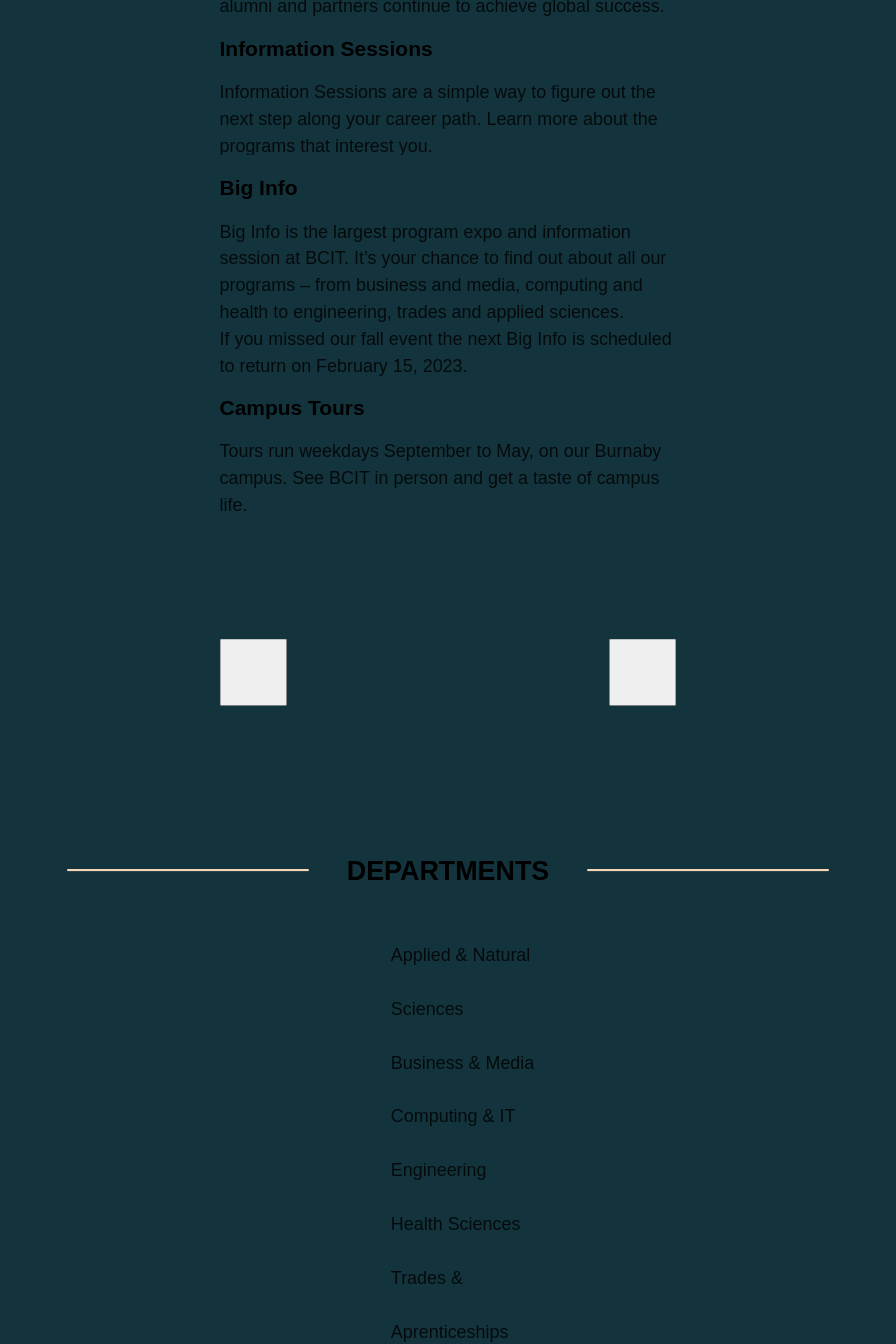
Repository: Kinakopan/playwright_bcit
Page: /about
The author's editor kept a copy of each file at every save. The page is drawn from the files as they stood at one save, then again after the next save.
The browser window is 1280 px wide. The pictures show the part of the page from y = 688 to 2608 px (the page is 2725 px tall), at 70% of full size.
Some web fonts or font styles are not loaded; a fallback is used. The project was rebuilt for these pictures with package versions that can differ from the ones it lists, and the page was loaded fresh each time. The framework's server and built-in components were replaced by stand-ins that run in the browser. Also part of the build but not shown: next.config.js.

Above is the page before, as saved 2023-01-28 13:18:54.

### pages/_app.js
// import '@/styles/globals.css'
import '../styles/globals.css'
import '../styles/variables.css'
import Head from 'next/head'

export default function App({ Component, pageProps }) {
  return (
    <>
      <Head>
        <title>Example #1</title>
        <meta name="description" content="Generated by create next app" />
        <meta name="viewport" content="width=device-width, initial-scale=1" />
        <link href="https://fonts.googleapis.com/css2?family=Myriad+Pro:wght@100;400;700&display=swap" rel="stylesheet" />
        <link rel="icon" href="/favicon.ico" />
      </Head>
      <Component {...pageProps} />
    </>
  )
}

### styles/variables.css
:root {
  --primary-color: |#fff;
  --secondary-color: #F4D6B9;
  --ternary-color: #7796A4;
  --quaternary-color: #14343D;
  --quinary-color: rgba(16,46,53,0.5);
}

### styles/Home.module.css
@import '/styles/variables.css';

.main {
  display: flex;
  flex-direction: column;
  justify-content: space-between;
  align-items: center;
  padding: 6rem;
  min-height: 100vh;
}

.description {
  display: inherit;
  justify-content: inherit;
  align-items: inherit;
  font-size: 0.85rem;
  max-width: var(--max-width);
  width: 100%;
  z-index: 2;
  font-family: var(--font-mono);
}

.description a {
  display: flex;
  justify-content: center;
  align-items: center;
  gap: 0.5rem;
}

.description p {
  position: relative;
  margin: 0;
  padding: 1rem;
  background-color: rgba(var(--callout-rgb), 0.5);
  border: 1px solid rgba(var(--callout-border-rgb), 0.3);
  border-radius: var(--border-radius);
}

.code {
  font-weight: 700;
  font-family: var(--font-mono);
}

.grid {
  display: grid;
  grid-template-columns: repeat(4, minmax(25%, auto));
  width: var(--max-width);
  max-width: 100%;
}

.card {
  padding: 1rem 1.2rem;
  border-radius: var(--border-radius);
  background: rgba(var(--card-rgb), 0);
  border: 1px solid rgba(var(--card-border-rgb), 0);
  transition: background 200ms, border 200ms;
}

.card span {
  display: inline-block;
  transition: transform 200ms;
}

.card h2 {
  font-weight: 600;
  margin-bottom: 0.7rem;
}

.card p {
  margin: 0;
  opacity: 0.6;
  font-size: 0.9rem;
  line-height: 1.5;
  max-width: 30ch;
}

.center {
  display: flex;
  justify-content: center;
  align-items: center;
  position: relative;
  padding: 4rem 0;
}

.center::before {
  background: var(--secondary-glow);
  border-radius: 50%;
  width: 480px;
  height: 360px;
  margin-left: -400px;
}

.center::after {
  background: var(--primary-glow);
  width: 240px;
  height: 180px;
  z-index: -1;
}

.center::before,
.center::after {
  content: '';
  left: 50%;
  position: absolute;
  filter: blur(45px);
  transform: translateZ(0);
}

.logo,
.thirteen {
  position: relative;
}

.thirteen {
  display: flex;
  justify-content: center;
  align-items: center;
  width: 75px;
  height: 75px;
  padding: 25px 10px;
  margin-left: 16px;
  transform: translateZ(0);
  border-radius: var(--border-radius);
  overflow: hidden;
  box-shadow: 0px 2px 8px -1px #0000001a;
}

.thirteen::before,
.thirteen::after {
  content: '';
  position: absolute;
  z-index: -1;
}

/* Conic Gradient Animation */
.thirteen::before {
  animation: 6s rotate linear infinite;
  width: 200%;
  height: 200%;
  background: var(--tile-border);
}

/* Inner Square */
.thirteen::after {
  inset: 0;
  padding: 1px;
  border-radius: var(--border-radius);
  background: linear-gradient(
    to bottom right,
    rgba(var(--tile-start-rgb), 1),
    rgba(var(--tile-end-rgb), 1)
  );
  background-clip: content-box;
}

/* Enable hover only on non-touch devices */
@media (hover: hover) and (pointer: fine) {
  .card:hover {
    background: rgba(var(--card-rgb), 0.1);
    border: 1px solid rgba(var(--card-border-rgb), 0.15);
  }

  .card:hover span {
    transform: translateX(4px);
  }
}

@media (prefers-reduced-motion) {
  .thirteen::before {
    animation: none;
  }

  .card:hover span {
    transform: none;
  }
}

/* Mobile */
@media (max-width: 700px) {
  .content {
    padding: 4rem;
  }

  .grid {
    grid-template-columns: 1fr;
    margin-bottom: 120px;
    max-width: 320px;
    text-align: center;
  }

  .card {
    padding: 1rem 2.5rem;
  }

  .card h2 {
    margin-bottom: 0.5rem;
  }

  .center {
    padding: 8rem 0 6rem;
  }

  .center::before {
    transform: none;
    height: 300px;
  }

  .description {
    font-size: 0.8rem;
  }

  .description a {
    padding: 1rem;
  }

  .description p,
  .description div {
    display: flex;
    justify-content: center;
    position: fixed;
    width: 100%;
  }

  .description p {
    align-items: center;
    inset: 0 0 auto;
    padding: 2rem 1rem 1.4rem;
    border-radius: 0;
    border: none;
    border-bottom: 1px solid rgba(var(--callout-border-rgb), 0.25);
    background: linear-gradient(
      to bottom,
      rgba(var(--background-start-rgb), 1),
      rgba(var(--callout-rgb), 0.5)
    );
    background-clip: padding-box;
    backdrop-filter: blur(24px);
  }

  .description div {
    align-items: flex-end;
    pointer-events: none;
    inset: auto 0 0;
    padding: 2rem;
    height: 200px;
    background: linear-gradient(
      to bottom,
      transparent 0%,
      rgb(var(--background-end-rgb)) 40%
    );
    z-index: 1;
  }
}

/* Tablet and Smaller Desktop */
@media (min-width: 701px) and (max-width: 1120px) {
  .grid {
    grid-template-columns: repeat(2, 50%);
  }
}

@media (prefers-color-scheme: dark) {
  .vercelLogo {
    filter: invert(1);
  }

  .logo,
  .thirteen img {
    filter: invert(1) drop-shadow(0 0 0.3rem #ffffff70);
  }
}

@keyframes rotate {
  from {
    transform: rotate(360deg);
  }
  to {
    transform: rotate(0deg);
  }
}



/*****************************
******************************
            AUTHOR
******************************
*****************************/

/*============================
    From here - Common Style
============================*/
/* From here - components/navbar.js */
.nav {
  display: flex;
  flex-direction: row;
  justify-content: space-between;
  width: 100%;
  padding: 3% 8% 0 8%;
}

.burgar,
.hat {
  width: fit-content;
}

/* From here - components/arrow.js */
.arrowBox {
  flex: 1;
  display: flex;
  flex-direction: column;
  justify-content: space-between;
  align-items: flex-end;
  position: fixed;
  width: fit-content;
  height: 12%;
  right: 8%;
  bottom: 10%;
}

.arrowBox * {
  background: transparent;
  border: none;
}

/* From here - general */
.body_home,
.body_about,
.body_contact,
.wrapper {
  display: flex;
  flex-direction: column;
  width: 100vw;
}

.body_home,
.body_about,
.body_contact {
  /* font-size: 62.5%; */
  background-size: cover;
  background-position: center;
  background-repeat: no-repeat;
  line-height: 1.5;
  font-family: 'Myriad Pro', sans-serif;
  font-weight: 100;
  text-align: left;
}

.wrapper {
  font-size: 1.6rem;
  background-size: cover;
}

.main {
  display: flex;
  width: 100%;
}

/* .text_heading_h1 {

}

.text_heading_h2 {

} */
/*============================
    From here - Home Page
============================*/
.body_home {
  height: 100vh;
  overflow: hidden;
}

.body_home .main {
  flex-direction: row;
  justify-content: flex-start;
  align-items: flex-end;
  padding: 0 0 12% 21%;
}

.body_home .cont_main {
  display: flex;
  flex-direction: column;
  width: 48%;
}

.body_home .cont_main * {
  color: var(--primary-color);
}

.body_home .text_heading1 {
  font-family: 'Myriad Pro', sans-serif;
  /* font-size: 3.6rem; */
  font-size: 220%;
  line-height: 1.3;
  padding-bottom: 3%;
  margin-bottom: 3%;
  border-bottom: 4px solid;
  border-image: linear-gradient(to right, rgba(244,214,185,1) 0%, rgba(244,214,185,1) 69%, rgba(244,214,185,0) 69%, rgba(244,214,185,0) 100%) 1;
}

.body_home .text_body,
.body_home .box_btn * {
  opacity: .9;
}

.body_home .box_btn {
  display: flex;
  flex-direction: row;
}

.body_home .box_btn * {
  font-size: 1.4rem;
  background: transparent;
  padding: .3% 3%;
  border: 3px solid;
  border-color: var(--primary-color);
  border-radius: 10px;
  margin: 3% 2.5% 0 0;
}

.body_home .btn_about:hover {
  color: transparent;
  background: white;
}

/*============================
    From here - About Page
============================*/
.body_about {
  background: var(--quaternary-color);
}

/* .body_about .main {

} */

.body_about .text_heading1 {
  display: flex;
  align-items: center;
  width: 100%;
  padding: 5% 0;
}

.body_about .text_heading1:before,
.body_about .text_heading1:after {
  content: "";
  height: 3px;
  flex-grow: 1;
  background: var(--secondary-color);
}

.body_about .text_heading1:before {
  margin-right: 5%;
}

.body_about .text_heading1:after {
  margin-left: 5%;
}

.body_about .cont_section1,
.body_about .cont_section2 {
  display: flex;
  flex-direction: column;
  justify-content: flex-start;
  width: 60%;
}
.body_about .cont_section2 {
  width: 25%;
  padding-left: 5%;
}

.body_about .text_heading2,
.body_about .text_body {
  margin-bottom: 3%;
}

.body_about .text_heading2 {
  justify-content: flex-start;
}

.body_about .text_body,
.body_about .box_list *  {
  opacity: .8;
}

.body_about .box_list * {
  list-style: none;
  line-height: 3;
}

/* Carousel */
.image_carousel {
  display: flex;
  flex-wrap: nowrap;
  justify-content: flex-start;
  width: 100%;
  height: 400px;
  overflow: hidden;
  position: relative;
}

.slide {
  display: flex;
  flex-shrink: 0;
  width: 100%;
  height: 100%;
  background-size: cover;
  background-position: center;
}

.slide:not(.active) {
  display: none;
}

/* "Previous" and "Next" buttons */
.prevBtn, .nextBtn {
  position: absolute;
  top: 50%;
  transform: translateY(-50%);
  font-size: 2rem;
  cursor: pointer;
  width: 6rem;
  height: 6rem;
}

.prevBtn {
  left: 0;
}

.nextBtn {
  right: 0;
}


/* Carousel */
/* @keyframes tonext {
  75% {
    left: 0;
  }
  95% {
    left: 100%;
  }
  98% {
    left: 100%;
  }
  99% {
    left: 0;
  }
}

@keyframes tostart {
  75% {
    left: 0;
  }
  95% {
    left: -300%;
  }
  98% {
    left: -300%;
  }
  99% {
    left: 0;
  }
}

@keyframes snap {
  96% {
    scroll-snap-align: center;
  }
  97% {
    scroll-snap-align: none;
  }
  99% {
    scroll-snap-align: none;
  }
  100% {
    scroll-snap-align: center;
  }
}

.main {
  max-width: 37.5rem;
  margin: 0 auto;
  padding: 0 1.25rem;
  font-family: 'Lato', sans-serif;
}

.main * {
  box-sizing: border-box;
  scrollbar-color: transparent transparent;
  scrollbar-width: 0px;
}

.main *::-webkit-scrollbar {
  width: 0;
}

.main *::-webkit-scrollbar-track {
  background: transparent;
}

.main *::-webkit-scrollbar-thumb {
  background: transparent;
  border: none;
}

.main * {
  -ms-overflow-style: none;
}


.carousel__viewport,
.carousel__navigation_list,
.carousel__slide,
.carousel__navigation_item {
  list-style: none;
  margin: 0;
  padding: 0;
}

.carousel {
  position: relative;
  padding-top: 75%;
  filter: drop-shadow(0 0 10px #0003);
  perspective: 100px;
}

.carousel__viewport {
  position: absolute;
  top: 0;
  right: 0;
  bottom: 0;
  left: 0;
  display: flex;
  overflow-x: scroll;
  counter-reset: item;
  scroll-behavior: smooth;
  scroll-snap-type: x mandatory;
}

.carousel__slide {
  position: relative;
  flex: 0 0 100%;
  width: 100%;
  background-color: #f99;
  counter-increment: item;
}

.carousel__slide:nth-child(even) {
  background-color: #99f;
}

.carousel__slide:before {
  content: counter(item);
  position: absolute;
  top: 50%;
  left: 50%;
  transform: translate3d(-50%,-40%,70px);
  color: #fff;
  font-size: 2em;
}

.carousel__snapper {
  position: absolute;
  top: 0;
  left: 0;
  width: 100%;
  height: 100%;
  scroll-snap-align: center;
}

@media (hover: hover) {
  .carousel__snapper {
    animation-name: tonext, snap;
    animation-timing-function: ease;
    animation-duration: 4s;
    animation-iteration-count: infinite;
  }

  .carousel__slide:last-child .carousel__snapper {
    animation-name: tostart, snap;
  }
}

@media (prefers-reduced-motion: reduce) {
  .carousel__snapper {
    animation-name: none;
  }
}

.carousel:hover .carousel__snapper,
.carousel:focus-within .carousel__snapper {
  animation-name: none;
}

.carousel__navigation {
  position: absolute;
  right: 0;
  bottom: 0;
  left: 0;
  text-align: center;
}

.carousel__navigation_list,
.carousel__navigation_item {
  display: inline-block;
}

.carousel__navigation-button {
  display: inline-block;
  width: 1.5rem;
  height: 1.5rem;
  background-color: #333;
  background-clip: content-box;
  border: 0.25rem solid transparent;
  border-radius: 50%;
  font-size: 0;
  transition: transform 0.1s;
}

.carousel::before,
.carousel::after,
.carousel__prev,
.carousel__next {
  position: absolute;
  top: 0;
  margin-top: 37.5%;
  width: 4rem;
  height: 4rem;
  transform: translateY(-50%);
  border-radius: 50%;
  font-size: 0;
  outline: 0;
}

.carousel::before,
.carousel__prev {
  left: -1rem;
}

.carousel::after,
.carousel__next {
  right: -1rem;
}

.carousel::before,
.carousel::after {
  content: '';
  z-index: 1;
  background-color: #333;
  background-size: 1.5rem 1.5rem;
  background-repeat: no-repeat;
  background-position: center center;
  color: #fff;
  font-size: 2.5rem;
  line-height: 4rem;
  text-align: center;
  pointer-events: none;
}

.carousel::before {
  background-image: url("data:[embedded picture, 149 characters]");
}

.carousel::after {
  background-image: url("data:[embedded picture, 151 characters]");
} */


/*============================
    From here - Contact Page
============================*/

### components/arrow.js
import Image from 'next/image';
import styles from '@/styles/Home.module.css';

export default function Arrow() {
  return (
    <div className={styles.arrowBox}>
      <button
        className={styles.arrowDown}
        onClick={() => setUpArrowClicked(true)}
      >
        <Image
          src='/icons/upwardArrow.png'
          alt="Upward arrow icon"
          width={50}
          height={50}
        />
      </button>

      <button
        className={styles.arrowDown}
        onClick={() => setDownArrowClicked(true)}
      >
        <Image
          src='/icons/downwardArrow.png'
          alt="Downward arrow icon"
          width={50}
          height={50}
        />
      </button>
    </div>
  )
}

### components/navbar.js
import Image from 'next/image';
import styles from '@/styles/Home.module.css';

export default function Navbar() {
  return (
    <nav className={styles.nav}>
      <Image
        className={styles.burgar}
        src='/icons/menu-icon.png'
        alt="menu icon"
        width={50}
        height={50}
      />
      <Image
        className={styles.hat}
        src='/icons/graduation-hat.png'
        alt="Graduation hat icon"
        width={50}
        height={50}
      />
    </nav>
  )
}

### components/carousel.js
import React, { useState } from 'react'
import styles from "@/styles/Home.module.css";

const MyCarousel = () => {
  const [currentSlide, setCurrentSlide] = useState(0)
  const images = [
      '/carousel-images/0.jpg',
      '/carousel-images/1.jpg',
      '/carousel-images/2.jpg',
      '/carousel-images/3.jpg',
      '/carousel-images/4.jpg',
      '/carousel-images/5.jpg'
  ]

  return (
      <div className={styles.image_carousel}>
        {images.map((image, index) => (
          <div
            key={index}
            className={`${styles.slide} ${currentSlide === index ? 'active' : ''}`}
            style={{
              backgroundImage: `url(${image})`,
              backgroundSize: "cover",
              minWidth: "100%",
              width: "100%",
            }}
          />
        ))}
        <button
          className={styles.prevBtn}
          // onClick={() => setCurrentSlide(currentSlide - 1)}
          onClick={() => setCurrentSlide((currentSlide - 1 + images.length) % images.length)}
          >
            <i className={`${styles.fas} ${styles.fa_chevron_left}`}></i>
        </button>
        <button
          className={styles.nextBtn}
          // onClick={() => setCurrentSlide(currentSlide + 1)}
          onClick={() => setCurrentSlide((currentSlide + 1) % images.length)}
          >
            <i className={`${styles.fas} ${styles.fa_chevron_right}`}></i>
        </button>
      </div>
  )
}

export default MyCarousel

Loaded but not shown: pages/_document.js (common file); styles/globals.css (common file); pages/about.js (188 lines, source omitted)

After the next save:
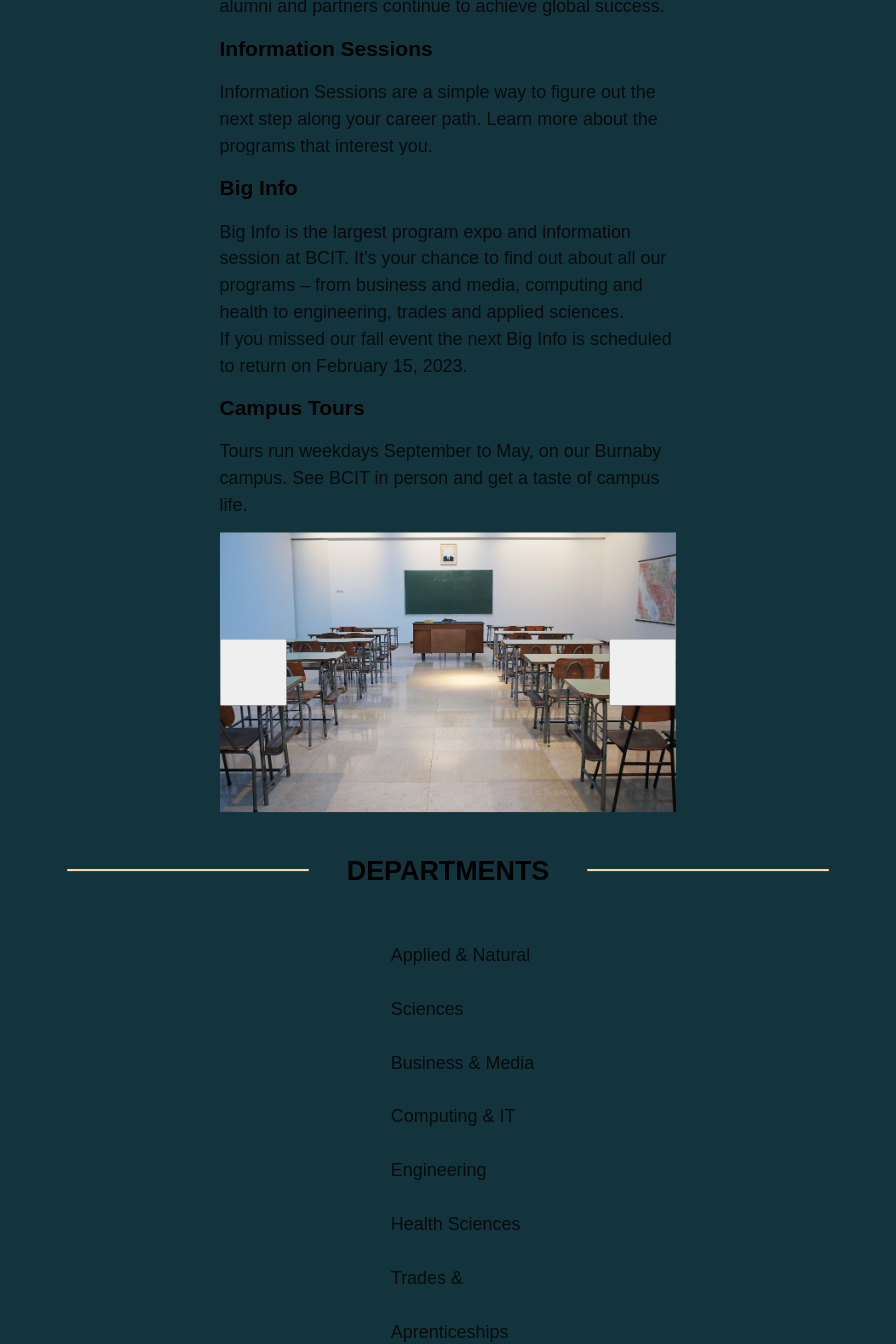
Saved 86 s later.
--- a/components/carousel.js
+++ b/components/carousel.js
@@ -17,7 +17,7 @@
         {images.map((image, index) => (
           <div
             key={index}
-            className={`${styles.slide} ${currentSlide === index ? 'active' : ''}`}
+            className={`${styles.slide} ${currentSlide === index ? styles.active : ''}`}
             style={{
               backgroundImage: `url(${image})`,
               backgroundSize: "cover",
